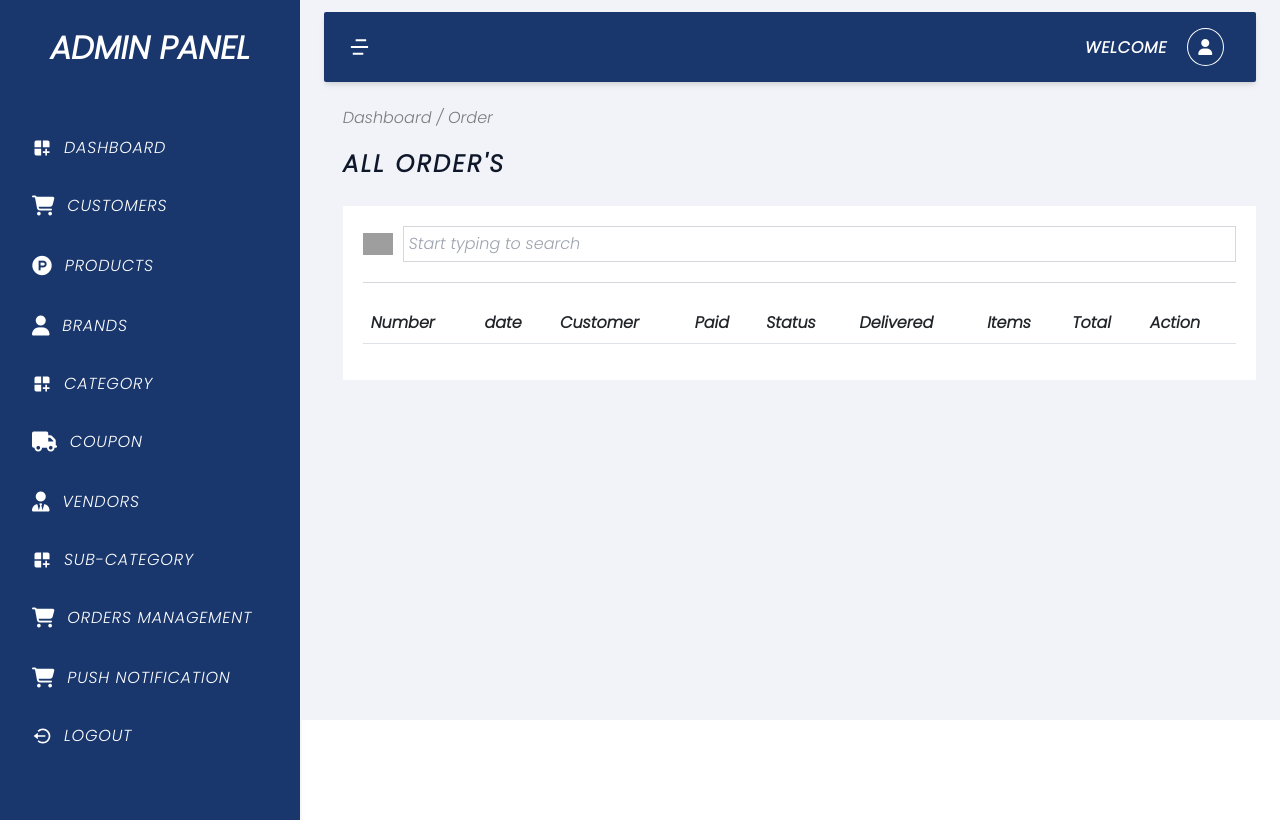
Repository: FlyweisReact/AnilAdminPanel
Page: /E-commerce/Admin/Orders
The author's editor kept a copy of each file at every save. The page is drawn from the files as they stood at one save, then again after the next save.
The browser window is 1280 px wide. The pictures show the whole page.
Pictures or frames that could not be fetched are drawn as grey boxes. The page's requests for data from a server got no answer. Some web libraries are served in a nearby version. The project was rebuilt for these pictures with package versions that can differ from the ones it lists, and the page was loaded fresh each time. No one was signed in, and anything a server would have sent is missing. Also part of the build but not shown: src/E-CommerceAdmin/forms/Login.jsx, src/E-CommerceAdmin/pages/Dashboard.jsx, src/E-CommerceAdmin/pages/ECategory.js, src/E-CommerceAdmin/pages/EProduct.js, src/E-CommerceVendor/forms/EVendorLogin.jsx, src/E-CommerceAdmin/pages/EVendorList.js, src/E-CommerceAdmin/pages/EAdminProduct.js, src/E-CommerceAdmin/pages/EAdminDelivery.js and 5 more. Imported but missing from the stored project, and not drawn on this page: src/E-CommerceVendor/pages/EVCategory, src/E-CommerceVendor/pages/EVDashboard, src/E-CommerceVendor/pages/EVOrders, src/E-CommerceVendor/pages/EVProduct, src/E-CommerceVendor/pages/EVSubCategory.

Above is the page before, as saved 2023-05-03 16:18:07.

### public/index.html
<!-- @format -->

<!DOCTYPE html>
<html lang="en">
  <head>
    <meta charset="utf-8" />
    <meta name="viewport" content="width=device-width, initial-scale=1" />
    <meta name="theme-color" content="#000000" />
    <meta
      name="description"
      content="Web site created using create-react-app"
    />
    <link rel="apple-touch-icon" href="%PUBLIC_URL%/favicon.ico?v=2" />
    <link rel="manifest" href="%PUBLIC_URL%/manifest.json" />
    <link rel="preconnect" href="https://fonts.googleapis.com">
<link rel="preconnect" href="https://fonts.gstatic.com" crossorigin>
<link href="https://fonts.googleapis.com/css2?family=Roboto+Mono:ital,wght@1,300&display=swap" rel="stylesheet">
    <title>Anil Admin Panel</title>
  </head>
  <body>
    <noscript>You need to enable JavaScript to run this app.</noscript>
    <div id="root"></div>
    <script src="https://code.jquery.com/jquery-3.6.0.min.js"></script>
    <script src="https://kit.fontawesome.com/b533b351e4.js" crossorigin="anonymous"></script>
  </body>
</html>

### src/index.js
import React from "react";
import ReactDOM from "react-dom/client";
import "./index.css";
import App from "./App";
import { BrowserRouter } from "react-router-dom";
import 'bootstrap/dist/css/bootstrap.min.css'

const root = ReactDOM.createRoot(document.getElementById("root"));
root.render(
  <React.StrictMode>
    <BrowserRouter>
      <App />
    </BrowserRouter>
  </React.StrictMode>
);

### src/index.css
/** @format */

@tailwind base;
@tailwind components;
@tailwind utilities;
@import url("https://fonts.googleapis.com/css2?family=Roboto+Mono:ital,wght@1,300&display=swap");
@font-face {
  font-family: Roboto;
  src: url("./Fonts/Poppins-LightItalic.ttf");
}
body {
  margin: 0;
  font-family: Roboto !important;
  -webkit-font-smoothing: antialiased;
  -moz-osx-font-smoothing: grayscale;
}

code {
  font-family: Roboto !important;
}

html {
  font-family: Roboto !important;
}

::-webkit-scrollbar {
  width: 10px;
}
.fa-trash {
  color: red;
  cursor: pointer;
}

.iCOn {
  transition: 0.5s;
  box-shadow: none;
  transform: scale(1);
}
.cardDiv {
  cursor: pointer;
}

.cardDiv:hover .iCOn {
  box-shadow: rgba(0, 0, 0, 0.35) 0px 5px 15px;
  transform: scale(1.3);
}

/* Track */
::-webkit-scrollbar-track {
  background: #f1f1f1;
}

/* Handle */
::-webkit-scrollbar-thumb {
  background: #888;
}

/* Handle on hover */
::-webkit-scrollbar-thumb:hover {
  background: #555;
}
.profileImage {
  width: 100px;
}
.fa-eye {
  color: #029aff;
  cursor: pointer;
}
.fa-edit {
  cursor: pointer;
  color: blue;
}

.View {
  border: 1px solid black;
  width: 100%;
  padding: 10px;
}

.main-card--container {
  display: grid;
  grid-template-columns: repeat(3, minmax(300px, 500px));
  grid-gap: 50px;
  justify-content: space-around;
}
.card-container {
  margin: 25px 0 auto;
  box-shadow: rgba(0, 0, 0, 0.35) 0px 5px 15px;
  position: relative;
  display: grid;
  grid-template-columns: 1fr;
  justify-content: space-around;
  align-items: flex-start;
}

.myEdit:focus {
  box-shadow: rgba(0, 0, 0, 0.35) 0px 5px 15px;
}

.AstroLogin {
  color: #fff;
  background-color: #2b7a8e;
  padding: 10px;
  width: 380px;
  text-align: center;
  font-size: 20px;
  background: linear-gradient(to left, #2b7a8e 50%, #fff 50%) right;
  background-size: 200%;
  transition: 0.5s ease-out;
  border: 1px solid #2b7a8e;
  margin-top: 10px;
  text-transform: uppercase;
}
.AstroLogin:hover {
  background-position: left;
  color: #2b7a8e;
}

.EcommerceAdminLogin {
  color: #fff;
  background-color: #19376d;
  padding: 10px;
  width: 380px;
  text-align: center;
  font-size: 20px;
  background: linear-gradient(to left, #19376d 50%, #fff 50%) right;
  background-size: 200%;
  transition: 0.5s ease-out;
  border: 1px solid #19376d;
  margin-top: 10px;
  text-transform: uppercase;
}

.EcommerceAdminLogin:hover {
  background-position: left;
  color: #19376d;
}
.EcommerceVendorLogin {
  color: #fff;
  background-color: #576cbc;
  padding: 10px;
  width: 380px;
  text-align: center;
  font-size: 20px;
  background: linear-gradient(to left, #576cbc 50%, #fff 50%) right;
  background-size: 200%;
  transition: 0.5s ease-out;
  border: 1px solid #576cbc;
  margin-top: 10px;
  text-transform: uppercase;
}

.EcommerceVendorLogin:hover {
  background-position: left;
  color: #576cbc;
}

.view {
  background-color: #2196f3;
  color: #fff;
  width: 50%;
  padding: 5px;
}

.two-sec {
  display: flex;
  justify-content: space-evenly;
  justify-content: space-evenly;
}
.two-sec .left {
  width: 60%;
  background-color: #f6f1ef;
  padding: 20px;
}
.two-sec .left .head {
  font-size: 25px;
  font-weight: bold;
}

.two-sec .right {
  width: 30%;
  background-color: #f6f1ef;
}

.searchDiv {
  width: 100%;
  display: flex;
  gap: 10px;
  border: 1px solid rgb(179, 179, 179);
  padding: 10px;
  margin-bottom: 20px;
  align-items: center;
}
.searchDiv input {
  width: 94%;
  outline: none;
  border: none;
}

.flexCont {
  display: flex;
  align-items: center;
  gap: 10px;
}
.flexCont img {
  width: 60px;
  background-color: #e9ecef;
}

.blockContent {
  display: block;
}
.blockContent p {
  margin: 0;
}

.checkBox {
  width: 50px;
  height: 25px;
  background-color: #e9ecef;
  border-radius: 50px;
  position: relative;
  cursor: pointer;
}
.checkBox span {
  width: 20px;
  height: 20px;
  border-radius: 100%;
  background-color: #fff;
  position: absolute;
  left: 5px;
  top: 2px;
}
.ActivecheckBox {
  width: 50px;
  height: 25px;
  background-color: #0d6efd;
  border-radius: 50px;
  position: relative;
  cursor: pointer;
}
.ActivecheckBox span {
  width: 20px;
  height: 20px;
  border-radius: 100%;
  background-color: #fff;
  position: absolute;
  right: 5px;
  top: 2px;
}

.fa-eye {
  color: #0cba73;
  background-color: #d6f8e8;
  width: 40px;
  text-align: center;
  height: 40px;
  display: flex;
  border-radius: 100%;
  justify-content: center;
  padding-top: 10px;
  transition: 0.5s;
}

.fa-pen-to-square {
  color: #f4c39c;
  background-color: #ffebdb;
  width: 40px;
  text-align: center;
  height: 40px;
  display: flex;
  border-radius: 100%;
  justify-content: center;
  padding-top: 10px;
  cursor: pointer;
  transition: 0.5s;
}
.fa-trash {
  color: #df939f;
  background-color: #ffe1e8;
  width: 40px;
  text-align: center;
  height: 40px;
  display: flex;
  border-radius: 100%;
  justify-content: center;
  padding-top: 10px;
  cursor: pointer;
  transition: 0.5s;
}
.fa-trash:hover {
  transform: scale(1.2);
}
.fa-eye:hover {
  transform: scale(1.2);
}
.fa-pen-to-square:hover {
  transform: scale(1.2);
}
.required {
  color: #e74260;
}

.headP {
  margin-left: 2%;
  color: #7b7c7d;
}
.filterBox {
  display: flex;
  align-items: center;
  gap: 10px;
  border-bottom: 1px solid #d4d7dc;
  padding-bottom: 20px;
  margin-bottom: 20px;
}
.filterBox img {
  width: 30px;
}
.filterBox input {
  width: 100%;
  border: 1px solid #d4d7dc;
  outline: none;
  padding: 5px;
  color: black;
}
.sectionCont {
  width: 98%;
  background-color: #fff;
  margin-left: 2%;
  padding: 20px;
}

.overFlowCont {
  width: 100%;
  overflow-x: auto;
}

.UserProfile {
  border: 1px solid #fff;
  padding: 10px;
  border-radius: 100%;
  transition: 0.5s;
  margin-left: 20px;
  cursor: pointer;
}

.UserProfile:hover {
  background-color: #fff;
  color: #000;
}

.submitBtn{
  border-radius: 0 !important;
  background-color: #19376d !important  ;

}

.pagination{
display: flex;
justify-content: center;
align-items: center;
gap: 10px;
margin-bottom: 20px;
}
.pagination button{
  border: 1px solid black;
  /* height: 50px;
  width: 50px; */
  padding: 10px;
}

.active{
  background-color: #029aff;
  color: #fff;
  border: 1px solid #029aff  !important;
}

### src/E-CommerceAdmin/pages/EAdminOrders.js
/** @format */

import axios from "axios";
import React, { useEffect, useState } from "react";
import { Badge, Button, Form, Modal, Table } from "react-bootstrap";
import HOC from "../layout/HOC";

const EAdminOrders = () => {
  const [modalShow, setModalShow] = useState(false);
  const [data, setData] = useState([]);

  const fetchData = async () => {
    try {
      const { data } = await axios.get(
        " https://xw9mf13nwl.execute-api.ap-south-1.amazonaws.com/dev/api/v1/orders"
      );
      setData(data);
    } catch (e) {
      console.log(e);
    }
  };

  useEffect(() => {
    fetchData();
  }, []);

  function EditStatus(props) {
    return (
      <Modal
        {...props}
        size="lg"
        aria-labelledby="contained-modal-title-vcenter"
        centered
      >
        <Modal.Header closeButton>
          <Modal.Title id="contained-modal-title-vcenter">
            Edit Status
          </Modal.Title>
        </Modal.Header>
        <Modal.Body>
          <Form>
            <Form.Select aria-label="Default select example" className="mb-3">
              <option>--Edit Status--</option>
              <option value="1">Shipped</option>
              <option value="2">Pending</option>
              <option value="3">Canceled</option>
            </Form.Select>
            <Button variant="outline-success">Submit</Button>
          </Form>
        </Modal.Body>
      </Modal>
    );
  }

  return (
    <>
      <EditStatus show={modalShow} onHide={() => setModalShow(false)} />
      <section>
        <p className="headP">Dashboard / Order</p>

        <div
          className="pb-4 sticky top-0  w-full flex justify-between items-center"
          style={{ width: "98%", marginLeft: "2%" }}
        >
          <span
            className="tracking-widest text-slate-900 font-semibold uppercase"
            style={{ fontSize: "1.5rem" }}
          >
            All Order's
          </span>
        </div>
        <section className="sectionCont">
          <div className="filterBox">
            <img
              src="https://t4.ftcdn.net/jpg/01/41/97/61/360_F_141976137_kQrdYIvfn3e0RT1EWbZOmQciOKLMgCwG.jpg"
              alt=""
            />
            <input type="search" placeholder="Start typing to search" />
          </div>

          <div className="overFlowCont">
            <Table>
              <thead>
                <tr>
                  <th>Number</th>
                  <th>date</th>
                  <th>Customer</th>
                  <th>Paid</th>
                  <th>Status</th>
                  <th>Delivered</th>
                  <th>Items</th>
                  <th>Total</th>
                  <th>Action</th>
                </tr>
              </thead>
              <tbody>
                {data?.data?.map((i, index) => (
                  <tr key={index}>
                    <td> #{index + 1} </td>
                    <td> {i.userId?.name} </td>
                    <td>
                      {" "}
                      {i.items?.map((item , index) => (
                        <ul key={index}>
                          <li> {item.product?.name}  </li>
                        </ul>
                      ))}{" "}
                    </td>
                    <td>
                      {" "}
                      {i.items?.map((item , index) => (
                        <ul key={index}>
                          <li> {item.quantity}  </li>
                        </ul>
                      ))}{" "}
                    </td>
                    <td> {i.shippingAddress} </td>
                    <td> {i.paymentMethod} </td>
                    <td> {i.taxPrice} </td>
                    <td> {i.shippingPrice} </td>
                    <td> {i.isPaid=== false ? <Badge bg='danger'>Not Paid</Badge> : <Badge bg='success' >Paid</Badge>} </td>
                    <td> {i.isDelivered === false ? <Badge bg='danger'>Not Paid</Badge> : <Badge bg='success' >Paid</Badge> } </td>
                    <td> {i.createdAt  } </td>
                    <td>
                      <span className="d-flex gap-2">
                        <i className="fa-solid fa-trash"></i>
                        <i
                          class="fa-solid fa-pen-to-square"
                          onClick={() => {
                            setModalShow(true);
                          }}
                        ></i>
                      </span>
                    </td>
                  </tr>
                ))}
              </tbody>
            </Table>
          </div>
        </section>
      </section>
    </>
  );
};

export default HOC(EAdminOrders);

### src/E-CommerceAdmin/layout/HOC.jsx
/** @format */

import React, { useState } from "react";
import Navbar from "./Navbar";
import Sidebar from "./Sidebar";

const HOC = (Wcomponenet) => {
  return function Component() {
    const [hamb, setHamb] = useState(false);
    return (
      <>
        <section className="flex overflow-x-hidden relative ">
          {/* Sidebar */}
          <div
            className={
              hamb
                ? " absolute top-0 z-30 md:w-auto shadow-md bg-slate-200  w-60 transition-all md:-left-full left duration-150  h-auto overflow-y-auto  left-0 "
                : " md:w-72 z-30 bg-slate-200  shadow-md  md:static absolute top-0 -left-full   transition-all duration-150  overflow-y-auto h-auto"
            }
            style={{ minWidth: "300px" }}
          >
            <Sidebar hamb={hamb} setHamb={setHamb} />
          </div>
          {/* Components & Navbar */}
          <div
            className={
              hamb
                ? " transition-all px-4 py-2  duration-150 w-full h-screen"
                : " w-full h-screen  px-4 py-2   z-50 transition-all duration-150 "
            }
            style={{backgroundColor : '#f2f3f8'}}
          >
            <Navbar hamb={hamb} setHamb={setHamb} />
            <div className="my-6 text-#000 h-[87%] wcomp overflow-y-auto">
              {" "}
              <Wcomponenet />
            </div>
          </div>
        </section>
      </>
    );
  };
};

export default HOC;

### src/E-CommerceAdmin/layout/Navbar.jsx
/** @format */

import { useState } from "react";
import { RiMenu4Line } from "react-icons/ri";
import { ProfileUpdate } from "../Modals/Modals";

const Navbar = ({ hamb, setHamb }) => {
  const [openProfile, setOpenProfile] = useState(false);

  return (
    <>
      <ProfileUpdate show={openProfile} onHide={() => setOpenProfile(false)} />

      <div
        className={
          hamb
            ? "flex  w-full justify-between  my-1 rounded-sm  p-4 py-3 shadow-md items-center  bg-slate-200 space-x-4"
            : "flex  w-full justify-between my-1 rounded-sm  p-4 py-3 shadow-md items-center  bg-slate-200 space-x-4"
        }
        style={{ backgroundColor: "#19376d" }}
      >
        <RiMenu4Line
          onClick={() => setHamb(!hamb)}
          className="text-2xl font-bold text-gray-900 hover:scale-90 cursor-pointer"
          style={{ color: "#fff" }}
        />

        <section className="flex sm:ml-auto justify-end sm:w-full items-center space-x-2  pr-2">
          <figcaption className="tracking-wider pl-1 font-semibold">
            <div
              className="lg:text-base text-sm text-gray-900  uppercase"
              style={{ color: "#fff" }}
            >
              Welcome
              <i
                className="fa-solid fa-user UserProfile"
                onClick={() => setOpenProfile(!openProfile)}
              ></i>
            </div>
          </figcaption>
        </section>
      </div>
    </>
  );
};

export default Navbar;

### src/E-CommerceAdmin/layout/Sidebar.jsx
/** @format */

import React from "react";
import { RiCloseLine } from "react-icons/ri";
import { Link, useNavigate } from "react-router-dom";
import { BiLogOutCircle } from "react-icons/bi";
import { MdDashboardCustomize } from "react-icons/md";

const Sidebar = ({ hamb, setHamb }) => {
  const navigate = useNavigate();

  const nav = [
    {
      icon: <MdDashboardCustomize className="text-xl mr-3 rounded-full " />,
      link: "/E-Commerce/dashboard",
      name: "Dashboard",
    },

    {
      icon: (
        <i className="fa-solid fa-cart-shopping text-xl mr-3 rounded-full"></i>
      ),
      link: "/Customer",
      name: "Customers",
    },

    {
      icon: (
        <i className="fa-brands fa-product-hunt text-xl mr-3 rounded-full"></i>
      ),
      link: "/E-Commerce/Product",
      name: "Products",
    },

    {
      icon: <i class="fa-solid fa-user text-xl mr-3 rounded-full"></i>,
      link: "/E-Commerce/Admin",
      name: "Brands",
    },
    {
      icon: <MdDashboardCustomize className="text-xl mr-3 rounded-full " />,
      link: "/E-Commerce/Category",
      name: "Category",
    },
    {
      icon: <i class="fa-solid fa-truck  text-xl mr-3 rounded-full"></i>,
      link: "/E-Commerce/Admin/Delivery",
      name: "Coupon",
    },

    {
      icon: <i class="fa-solid fa-user-tie text-xl mr-3 rounded-full"></i>,
      link: "/E-Commerce/VendorList",
      name: "Vendors",
    },




    {
      icon: <MdDashboardCustomize className="text-xl mr-3 rounded-full " />,
      link: "/E-Commerce/Admin/subCat",
      name: "Sub-Category",
    },

    {
      icon: (
        <i className="fa-solid fa-cart-shopping text-xl mr-3 rounded-full"></i>
      ),
      link: "/E-commerce/Admin/Orders",
      name: "Orders Management",
    },

    {
      icon: (
        <i className="fa-solid fa-cart-shopping text-xl mr-3 rounded-full"></i>
      ),
      link: "/notification",
      name: "Push Notification",
    },
  ];

  const logOut = () => {
    navigate("/");
  };

  return (
    <>
      <aside
        className="p-4 h-auto"
        style={{ backgroundColor: "#19376d", minHeight: "100vh" }}
      >
        {/* Top */}
        <div className="w-full md:hidden relative  p-2 mb-4">
          <RiCloseLine
            onClick={() => setHamb(!hamb)}
            className="text-3xl  absolute top-2 sm:hover:rotate-[228deg] transition-transform font-bold right-2 sm:hover:text-[22px] text-[rgb(241,146,46)] cursor-pointer"
          />
        </div>{" "}
        <figure className="flex  flex-col items-center">
          <span
            className="font-bold text-[#fff]"
            style={{
              fontSize: "2rem",
              textAlign: "center",
              textTransform: "uppercase",
            }}
          >
             ADMIN PANEL
          </span>
        </figure>
        <nav className="py-6">
          {nav.map((nav) => {
            return (
              <Link
                to={nav.link}
                key={nav.name}
                className=""
                style={{ textDecoration: "none", textTransform: "uppercase" }}
              >
                <span
                  className="flex my-3 items-center cursor-pointer text-gray-900    tracking-wider p-2 rounded-sm"
                  style={{ color: "#FFF" }}
                >
                  {nav.icon} {nav.name}
                </span>
              </Link>
            );
          })}
          <span
            className="flex my-3 items-center cursor-pointer text-gray-900    tracking-wider p-2 rounded-sm"
            onClick={() => logOut()}
            style={{ color: "#FFF", textTransform: "uppercase" }}
          >
            <BiLogOutCircle className="text-xl mr-3 rounded-full " /> LogOut
          </span>
        </nav>
      </aside>
    </>
  );
};

export default Sidebar;

### src/E-CommerceAdmin/Modals/Modals.js
/** @format */

import { Button, Form, Modal } from "react-bootstrap";

export function ProfileUpdate(props) {
  return (
    <Modal
      {...props}
      size="lg"
      aria-labelledby="contained-modal-title-vcenter"
      centered
    >
      <Modal.Header closeButton>
        <Modal.Title id="contained-modal-title-vcenter">
          Update Profile
        </Modal.Title>
      </Modal.Header>
      <Modal.Body>
        <Form>
          <Form.Group className="mb-3">
            <Form.Label>Name</Form.Label>
            <Form.Control type="text" />
          </Form.Group>
          <Form.Group className="mb-3">
            <Form.Label>Email</Form.Label>
            <Form.Control type="email" />
          </Form.Group>
          <Form.Group className="mb-3">
            <Form.Label>Phone Number</Form.Label>
            <Form.Control type="tel" pattern="[0-9]{10}" />
          </Form.Group>
          <Form.Group className="mb-3">
            <Form.Label>Password</Form.Label>
            <Form.Control type="password" />
          </Form.Group>
          <Button className="submitBtn" >Submit</Button>
        </Form>
      </Modal.Body>
      <Modal.Footer></Modal.Footer>
    </Modal>
  );
}

Loaded but not shown: tailwind.config.js (common file); src/App.js (66 lines, source omitted)

After the next save:
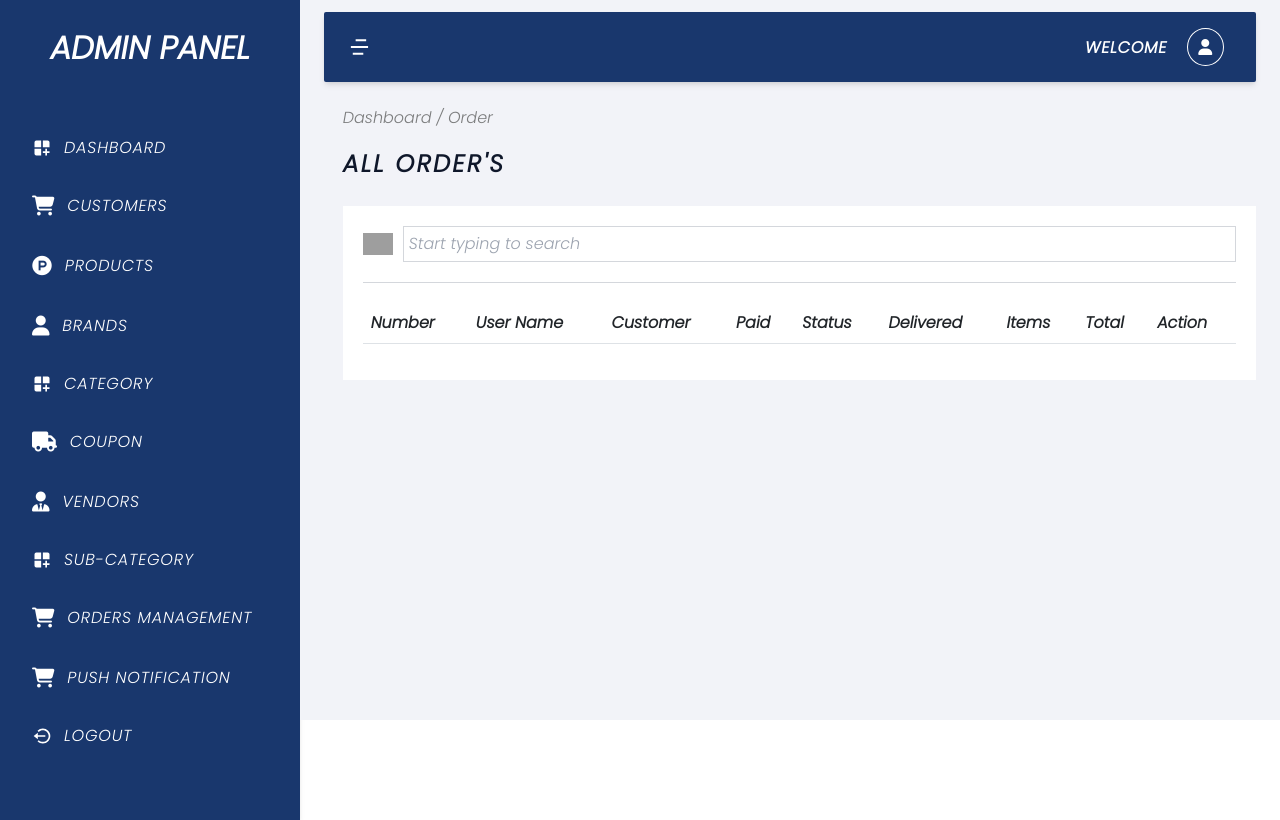
Saved 36 s later.
--- a/src/E-CommerceAdmin/pages/EAdminOrders.js
+++ b/src/E-CommerceAdmin/pages/EAdminOrders.js
@@ -83,7 +83,7 @@ const EAdminOrders = () => {
               <thead>
                 <tr>
                   <th>Number</th>
-                  <th>date</th>
+                  <th>User Name</th>
                   <th>Customer</th>
                   <th>Paid</th>
                   <th>Status</th>
